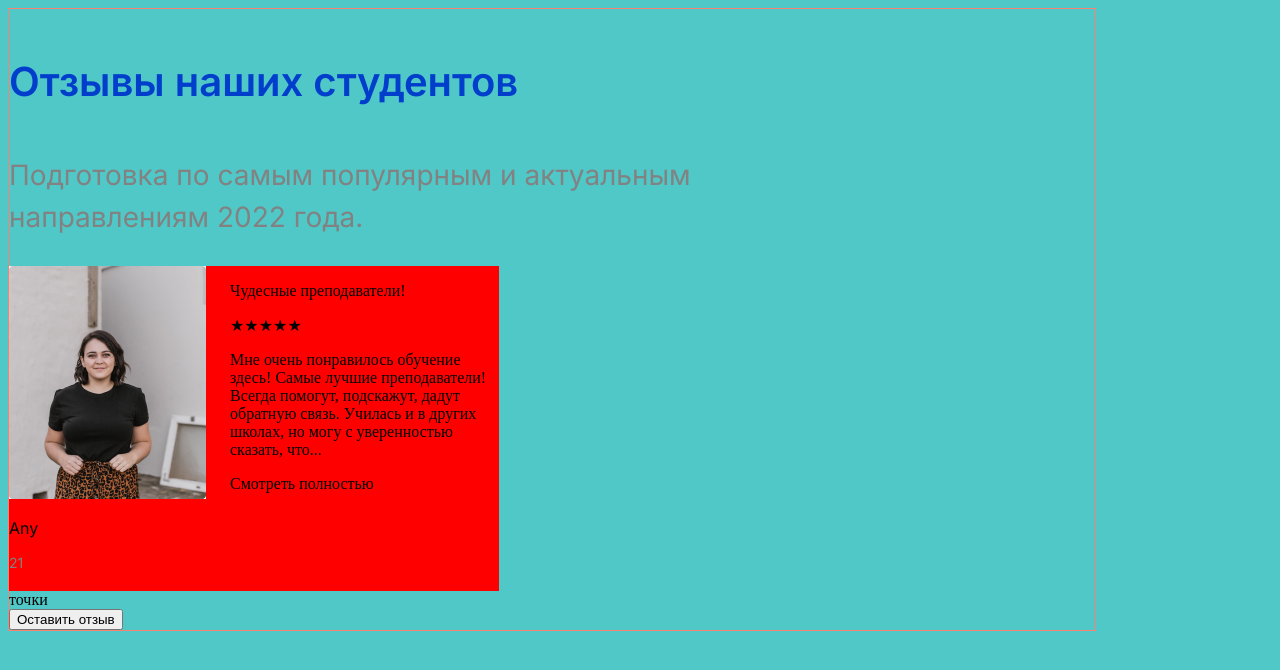
Repository: Malvuna/Studi
Page: index.html
These files come from the project's save history. The page is drawn as it stood at one moment and after a run of saves; the edit follows.
The browser window is 1280 px wide. The pictures show the whole page.

Above is the page before, as saved 2022-07-11 17:19:50.

### index.html

<!DOCTYPE html>
<html lang="en">
  <head>
    <meta charset="UTF-8" />
    <meta http-equiv="X-UA-Compatible" content="IE=edge" />
    <meta name="viewport" content="width=device-width, initial-scale=1.0" />
    <link rel="stylesheet" href="./css/style.css" />
    <link rel="preconnect" href="https://fonts.googleapis.com">
    <link rel="preconnect" href="https://fonts.gstatic.com" crossorigin>
    <link href="https://fonts.googleapis.com/css2?family=Caveat:wght@400;600;700&family=Inter:wght@400;600;700&display=swap" rel="stylesheet">
  <body>
    <header>
    </header>

    <main>
      <div id="container" class="container">

      <p class="h1">Отзывы наших студентов</p>
      <p class="head">Подготовка по самым популярным и актуальным </br> направлениям 2022 года.</p>
      <div id="divAllCard"> </div>
      <div>точки</div>
      <button>Оставить отзыв</button>

    </div>
    </main>


    <footer>

    </footer>

  </body>
  <script type="module" src="./javascript/javascript.js"></script>
</html>

### css/style.css
body {
  background-color: rgb(80, 200, 200);
}

.container {
  width: 1086px;
  border: 1px salmon solid;
  text-align: left;
}

.h1 {
  font-family: "Inter";
  font-style: normal;
  font-weight: 600;
  font-size: 40px;
  line-height: 65px;
  color: #003ecb;
}

.head {
  font-family: "Inter";
  font-style: normal;
  font-weight: 400;
  font-size: 28px;
  line-height: 42px;
  color: #828282;
}

.divOneCard {
  width: 490px;
  height: 325px;
  background-color: red;
  display: flex;
}

.textName {
  font-family: "Inter";
  font-style: normal;
  font-weight: 400;
  font-size: 16px;
  line-height: 19px;
  color: #000000;
}

.textAge {
  font-family: "Inter";
  font-style: normal;
  font-weight: 400;
  font-size: 14px;
  line-height: 17px;
  color: #828282;
}

.cardRight{
    padding-left: 24px;
}

.textHead{

}

### javascript/javascript.js
//Общий контейнер
let container = document.querySelector("#container");

//див с карточками
let divAllCard = document.querySelector("#divAllCard");

//див одной карточки
let divOneCard = document.createElement("div");
divOneCard.className = "divOneCard";
divAllCard.append(divOneCard);



//карточка левый блок
let cardLeft = document.createElement("div");
divOneCard.append(cardLeft);

let cardImg = document.createElement("img");
cardImg.src = "/img/Photo.jpg"
cardLeft.append(cardImg);

let textName = document.createElement("p");
textName.innerHTML = "Any";
textName.className = "textName";
cardLeft.append(textName);

let textAge = document.createElement("p");
textAge.innerHTML = "21";
textAge.className = "textAge";
cardLeft.append(textAge);

//карточка парвый блок
let cardRight = document.createElement("div");
cardRight.className = "cardRight";
divOneCard.append(cardRight);

let textHead = document.createElement("p");
textHead.innerHTML = "Чудесные преподаватели!";
textHead.className = "textHead";
cardRight.append(textHead);

let textStar = document.createElement("p");
textStar.innerHTML = "★★★★★";
cardRight.append(textStar);

let textText = document.createElement("p");
textText.innerHTML = "Мне очень понравилось  обучение здесь! Самые лучшие преподаватели! Всегда помогут, подскажут, дадут обратную связь. Училась и в других школах, но могу с уверенностью сказать, что...";
cardRight.append(textText);

let textAll = document.createElement("p");
textAll.innerHTML = "Смотреть полностью";
cardRight.append(textAll);

After the next 3 saves:
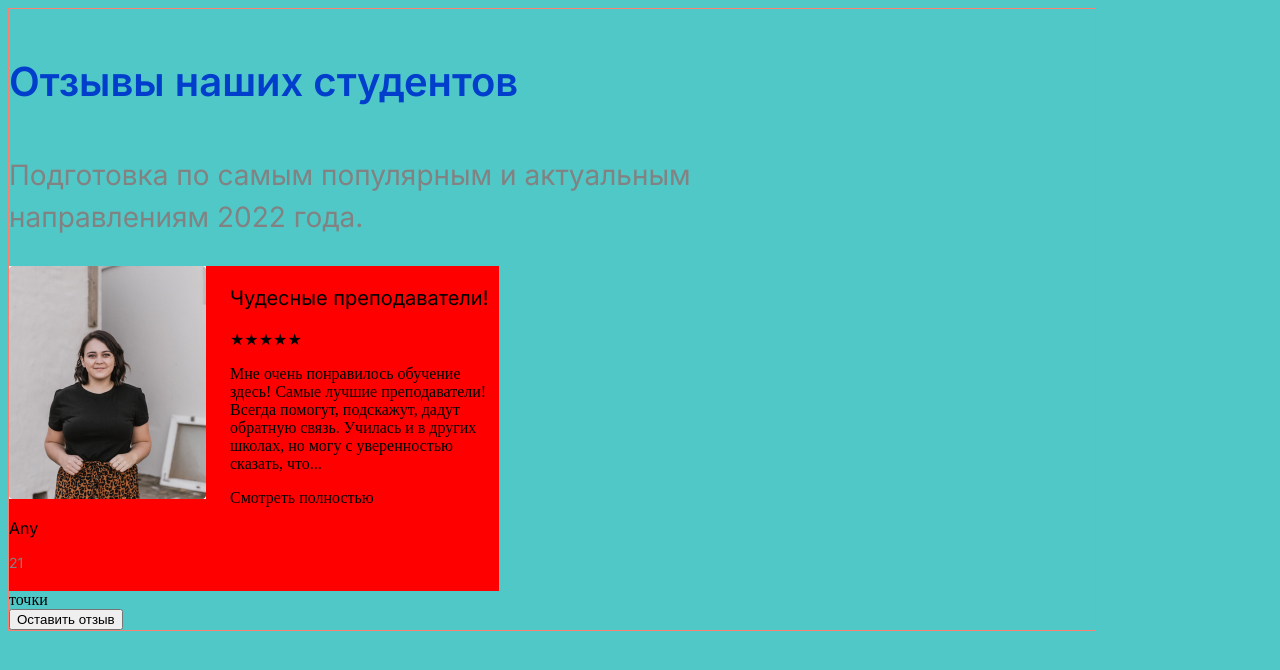
The 3 saves are shown as one change because they came seconds apart.
The last was saved 13 s later.
--- a/css/style.css
+++ b/css/style.css
@@ -51,10 +51,15 @@ body {
   color: #828282;
 }
 
-.cardRight{
-    padding-left: 24px;
+.cardRight {
+  padding-left: 24px;
 }
 
-.textHead{
-
+.textHead {
+  font-family: "Inter";
+  font-style: normal;
+  font-weight: 500;
+  font-size: 20px;
+  line-height: 24px;
+  color: #000000;
 }
